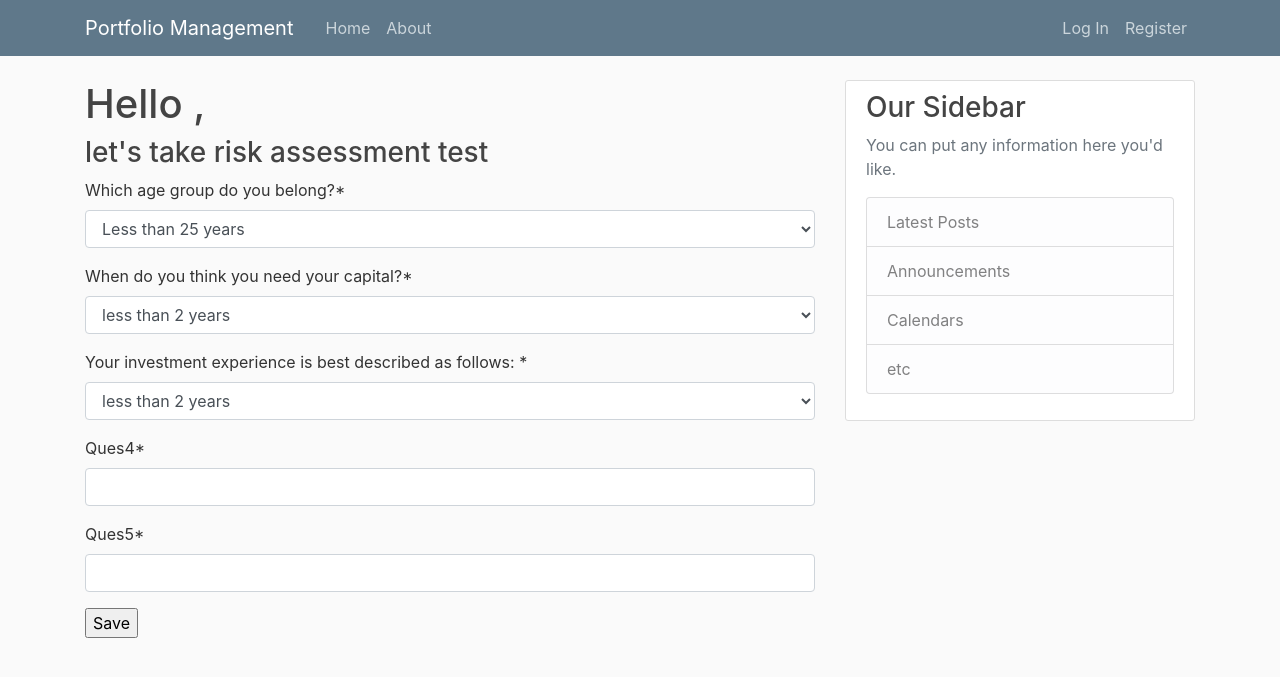
Repository: rahulsolankib/portfolio
Page: http://localhost/questions/
An editor plug-in stored every save of this project. The page is shown before and after the next save, followed by the edit.
The browser window is 1280 px wide. The pictures show the whole page.
The page is served by the project's application, run on Django 3.2 (manage.py). Other server files are loaded and not shown.

Above is the page before, as saved 2020-10-20 00:39:02.

### riskCalculator/templates/riskCalculator/questions.html
{% extends "startPage/base.html" %}
{% load crispy_forms_tags %}
{% crispy example_form %}


{% block content %}
    <h1>Hello {{user.username}},</h1>
    <h3>let's take risk assessment test</h3>
    <form method='POST'>
        {% csrf_token %}
        {{formRec | crispy}}

        <input type='submit' value="Save" />
    </form>

{% endblock content %}

### startPage/templates/startPage/base.html
{% load static %}
<!DOCTYPE html>
<html>
<head>
    <meta charset="utf-8">
    <meta name="viewport" content="width=device-width, initial-scale=1, shrink-to-fit=no">

    <!-- Bootstrap CSS -->
    <link rel="stylesheet" href="https://stackpath.bootstrapcdn.com/bootstrap/4.5.2/css/bootstrap.min.css" integrity="sha384-JcKb8q3iqJ61gNV9KGb8thSsNjpSL0n8PARn9HuZOnIxN0hoP+VmmDGMN5t9UJ0Z" crossorigin="anonymous">

    <link rel="stylesheet" type="text/css" href="{% static 'startPage/main.css' %}">
    {% if title %}
        <title>Django - {{title}}</title>
    {% else %}
        <title>Django</title>
    {% endif %}
</head>
<body>
    <header class="site-header">
        <nav class="navbar navbar-expand-md navbar-dark bg-steel fixed-top">
            <div class="container">
            <a class="navbar-brand mr-4" href="{% url 'Start-Page' %}">Portfolio Management</a>
            <button class="navbar-toggler" type="button" data-toggle="collapse" data-target="#navbarToggle" aria-controls="navbarToggle" aria-expanded="false" aria-label="Toggle navigation">
            <span class="navbar-toggler-icon"></span>
            </button>
            <div class="collapse navbar-collapse" id="navbarToggle">
                <div class="navbar-nav mr-auto">
                <a class="nav-item nav-link" href="{% url 'Start-Page' %}">Home</a>
                <a class="nav-item nav-link" href="{% url 'About-Page' %}">About</a>
                {% if user.is_authenticated %}
                    <a class="nav-item nav-link" href="{% url 'questions' %}">Risk-Assessment</a>
                {% endif%}
                </div>
                <!-- Navbar Right Side -->
                <div class="navbar-nav">
                {% if user.is_authenticated %}
                    <a class="nav-item nav-link" href="{% url 'profile' %}">@{{user.username}}</a>
                    <a class="nav-item nav-link" href="{% url 'logout' %}">Log Out</a>
                {% else %}
                    <a class="nav-item nav-link" href="{% url 'login' %}">Log In</a>
                    <a class="nav-item nav-link" href="{% url 'register' %}">Register</a>
                {% endif%}
                </div>
            </div>
            </div>
        </nav>
    </header>
    <main role="main" class="container">
        <div class="row">
            <div class="col-md-8">
                {% if messages %}
                    {% for message in messages%}
                        <div class="alert alert-{{message.tags}}">
                            {{message}}
                        </div>
                    {% endfor %}
                {% endif %}
                {% block content %}{% endblock %}
            </div>
            <div class="col-md-4">
            <div class="content-section">
                <h3>Our Sidebar</h3>
                <p class='text-muted'>You can put any information here you'd like.
                <ul class="list-group">
                    <li class="list-group-item list-group-item-light">Latest Posts</li>
                    <li class="list-group-item list-group-item-light">Announcements</li>
                    <li class="list-group-item list-group-item-light">Calendars</li>
                    <li class="list-group-item list-group-item-light">etc</li>
                </ul>
                </p>
            </div>
            </div>
        </div>
    </main>


    <script src="https://code.jquery.com/jquery-3.5.1.slim.min.js" integrity="sha384-DfXdz2htPH0lsSSs5nCTpuj/zy4C+OGpamoFVy38MVBnE+IbbVYUew+OrCXaRkfj" crossorigin="anonymous"></script>
    <script src="https://cdn.jsdelivr.net/npm/popper.js@1.16.1/dist/umd/popper.min.js" integrity="sha384-9/reFTGAW83EW2RDu2S0VKaIzap3H66lZH81PoYlFhbGU+6BZp6G7niu735Sk7lN" crossorigin="anonymous"></script>
    <script src="https://stackpath.bootstrapcdn.com/bootstrap/4.5.2/js/bootstrap.min.js" integrity="sha384-B4gt1jrGC7Jh4AgTPSdUtOBvfO8shuf57BaghqFfPlYxofvL8/KUEfYiJOMMV+rV" crossorigin="anonymous"></script>
</body>
</html>

### riskCalculator/forms.py
from django import forms

from .models import Que,RiskModel


class QForm(forms.Form):
    age_group=(
            (4,'Less than 25 years')
            ,(3,'25-35 years')
            ,(2,'36-40 years')
            ,(1,'51 above')
    )

    returnyear_group=(
            (1,'less than 2 years')
            ,(2,'2-5 years')
            ,(3,'more than 5 years')
    )

    ques1 = forms.TypedChoiceField(label='Which age group do you belong?',choices=age_group, coerce=int, initial=4)
    ques2 = forms.TypedChoiceField(label='When do you think you need your capital?',choices=returnyear_group, coerce=int, initial=1)
    ques3 = forms.TypedChoiceField(label='Your investment experience is best described as follows: ',choices=returnyear_group, coerce=int, initial=1)
    ques4 = forms.CharField()
    ques5 = forms.CharField()


class QueForm(forms.ModelForm):
    class Meta:
        model = Que
        fields = ['ques1','ques2','ques3','ques4','ques5']


class RiskForm(forms.ModelForm):
    class Meta:
        model = RiskModel
        fields = ['userid','risk_score']

### riskCalculator/models.py
from django.db import models
# from user.forms import User

# Create your models here.
class Que(models.Model):
    ques1 = models.CharField(max_length=120)
    ques2 = models.CharField(max_length=120)
    ques3 = models.CharField(max_length=120)
    ques4 = models.CharField(max_length=120)
    ques5 = models.CharField(max_length=120)

class RiskModel(models.Model):
    userid = models.IntegerField(unique=True)
    risk_score = models.DecimalField(
                         max_digits = 5,
                         decimal_places = 2)

### riskCalculator/views.py
from django.shortcuts import render
from .forms import QueForm,RiskForm,QForm

from .models import RiskModel

def questions(request):
    formRec = QForm(request.POST or None)
    context = {
        'formRec': formRec
    }
    userid = request.user.id


    data = {'userid' : userid, 'risk_score':32}
    form = RiskForm(data)
    if form.is_valid():
        profile = form.save(commit = True)
        profile.user = request.user
        profile.save()

    return render(request,'riskCalculator/questions.html',context)

### portfolio/urls.py
"""portfolio URL Configuration

The `urlpatterns` list routes URLs to views. For more information please see:
    https://docs.djangoproject.com/en/3.1/topics/http/urls/
Examples:
Function views
    1. Add an import:  from my_app import views
    2. Add a URL to urlpatterns:  path('', views.home, name='home')
Class-based views
    1. Add an import:  from other_app.views import Home
    2. Add a URL to urlpatterns:  path('', Home.as_view(), name='home')
Including another URLconf
    1. Import the include() function: from django.urls import include, path
    2. Add a URL to urlpatterns:  path('blog/', include('blog.urls'))
"""
from django.contrib import admin
from django.contrib.auth import views as auth_views
from django.urls import path,include
from user import views as user_views
from riskCalculator import views as riskCalculator_views

urlpatterns = [
    path('admin/', admin.site.urls),
    path('register/',user_views.register,name='register'),
    path('profile/',user_views.profile,name='profile'),
    path('',include('startPage.urls')),
    path('login/',auth_views.LoginView.as_view(template_name="user/login.html"),name='login'),
    path('logout/',auth_views.LogoutView.as_view(template_name="user/logout.html"),name='logout'),
    path('questions/',riskCalculator_views.questions,name='questions')
]

### startPage/urls.py
from django.urls import path
from . import views

urlpatterns = [
    path('', views.home,name="Start-Page"),
    path('about/', views.about,name="About-Page"),
]

### startPage/static/startPage/main.css
body {
    background: #fafafa;
    color: #333333;
    margin-top: 5rem;
  }

  h1, h2, h3, h4, h5, h6 {
    color: #444444;
  }

  ul {
    margin: 0;
  }

  .bg-steel {
    background-color: #5f788a;
  }

  .site-header .navbar-nav .nav-link {
    color: #cbd5db;
  }

  .site-header .navbar-nav .nav-link:hover {
    color: #ffffff;
  }

  .site-header .navbar-nav .nav-link.active {
    font-weight: 500;
  }

  .content-section {
    background: #ffffff;
    padding: 10px 20px;
    border: 1px solid #dddddd;
    border-radius: 3px;
    margin-bottom: 20px;
  }

  .article-title {
    color: #444444;
  }

  a.article-title:hover {
    color: #428bca;
    text-decoration: none;
  }

  .article-content {
    white-space: pre-line;
  }

  .article-img {
    height: 65px;
    width: 65px;
    margin-right: 16px;
  }

  .article-metadata {
    padding-bottom: 1px;
    margin-bottom: 4px;
    border-bottom: 1px solid #e3e3e3
  }

  .article-metadata a:hover {
    color: #333;
    text-decoration: none;
  }

  .article-svg {
    width: 25px;
    height: 25px;
    vertical-align: middle;
  }

  .account-img {
    height: 125px;
    width: 125px;
    margin-right: 20px;
    margin-bottom: 16px;
  }

  .account-heading {
    font-size: 2.5rem;
  }

After the next save:
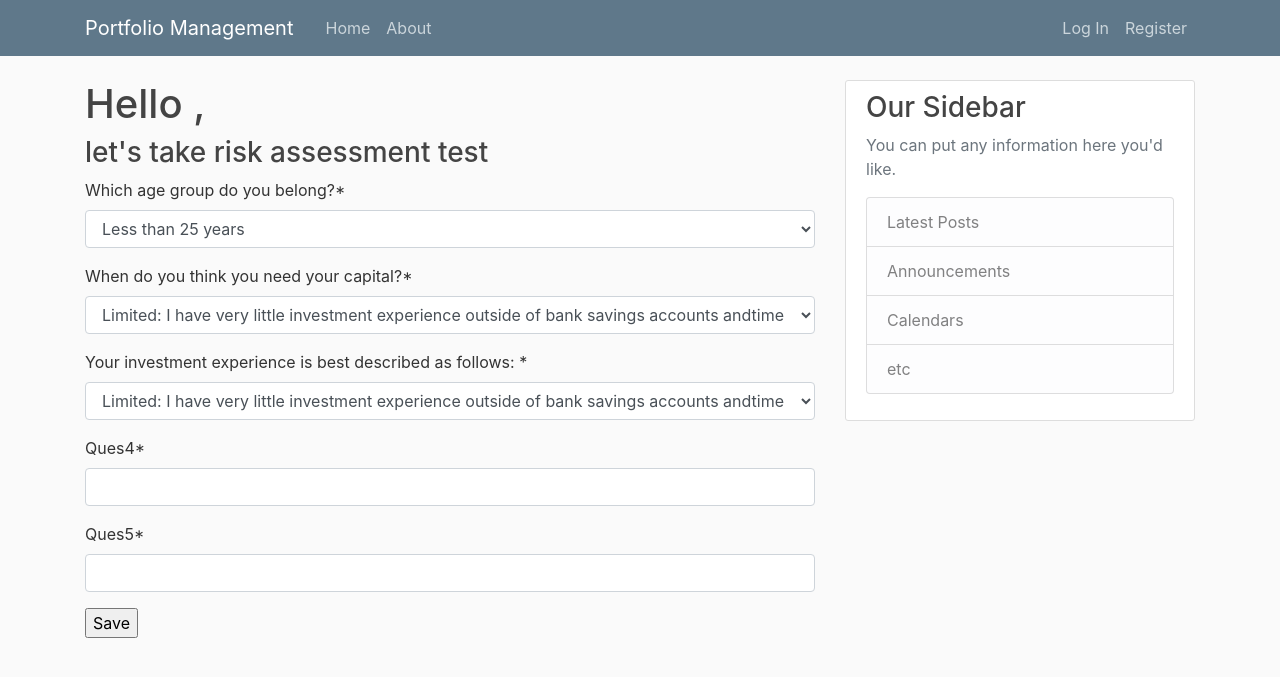
Saved 51 s later.
--- a/riskCalculator/forms.py
+++ b/riskCalculator/forms.py
@@ -13,6 +13,12 @@ class QForm(forms.Form):
 
     returnyear_group=(
             (1,'less than 2 years')
+            ,(2,'2-5 years')
+            ,(3,'more than 5 years')
+    )
+
+    returnyear_group=(
+            (1,'Limited: I have very little investment experience outside of bank savings accounts andtime deposits. Slightly related')
             ,(2,'2-5 years')
             ,(3,'more than 5 years')
     )
